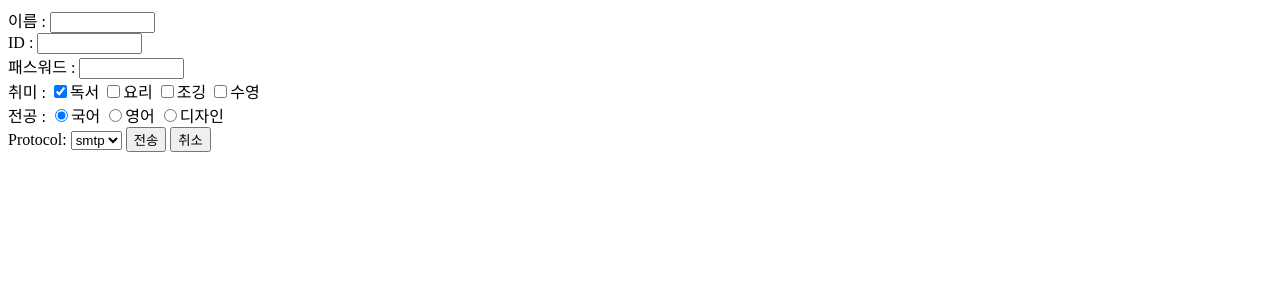
Repository: HyeogDo/Study_Java
Page: http://localhost/JSP/requestForm.jsp
An editor plug-in stored every save of this project. The page is shown before and after the next save, followed by the edit.
The browser window is 1280 px wide. The pictures show the whole page.
The page is served by Tomcat 9.

Above is the page before, as saved 2022-03-16 06:34:06.

After the next save:
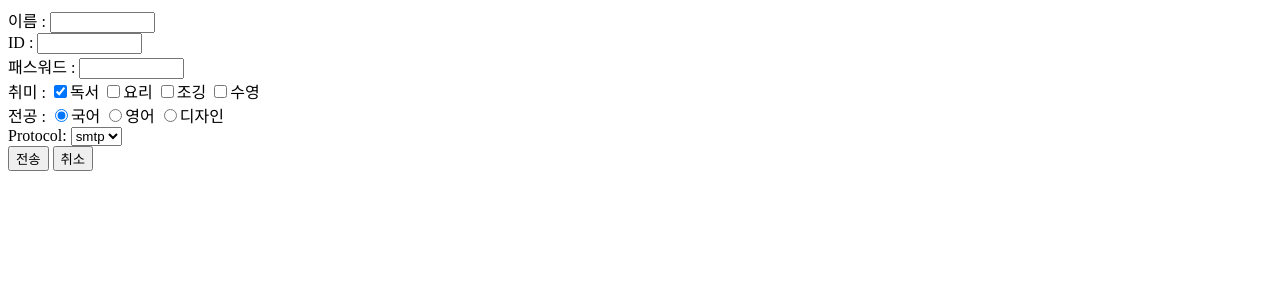
Saved 13 s later.
--- a/JSP/JSP/src/main/webapp/requestForm.jsp
+++ b/JSP/JSP/src/main/webapp/requestForm.jsp
@@ -25,8 +25,9 @@
 					<option value="http">http</option>
 					<option value="ftp">ftp</option>
 					<option value="smtp" selected="selected">smtp</option>
-					<option value="pop">pop</option><br>
+					<option value="pop">pop</option>
 				</select>
+				<br>
 
 
 			<input type="submit" value="전송">
